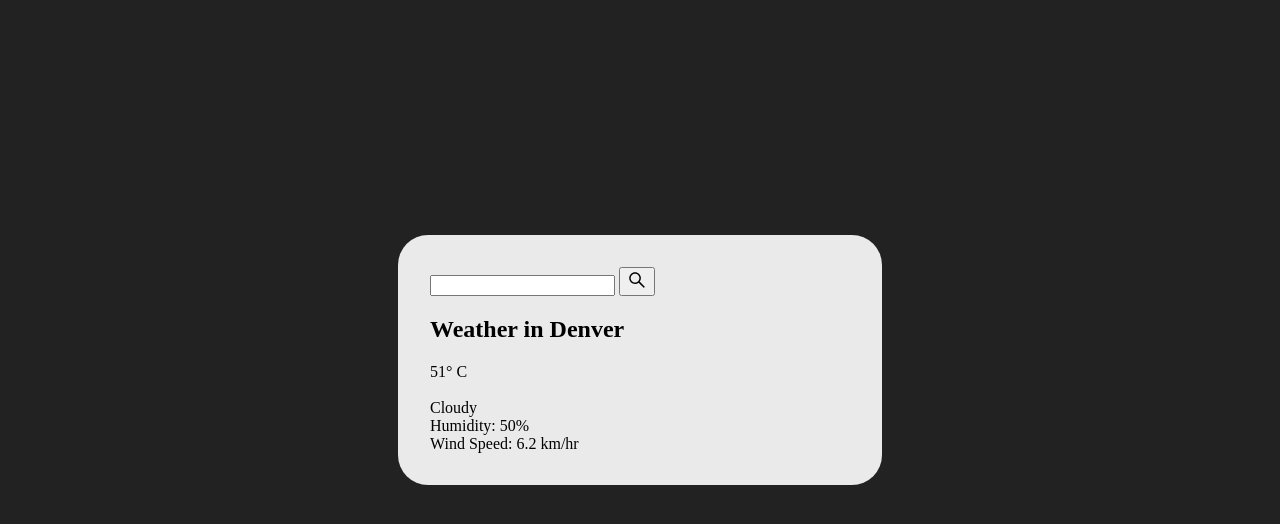
Repository: garima-1297/Weather-App
Page: index.html
An editor plug-in stored every save of this project. The page is shown before and after the next save, followed by the edit.
The browser window is 1280 px wide. The pictures show the whole page.

Above is the page before, as saved 2022-05-15 21:07:25.

### index.html
<!DOCTYPE html>
<html lang="en">
<head>
    <meta charset="UTF-8">
    <meta http-equiv="X-UA-Compatible" content="IE=edge">
    <meta name="viewport" content="width=device-width, initial-scale=1.0">
    <title>Weather App</title>
    <link rel="stylesheet" href="./style.css">
    <script src="./script.js"></script>
</head>
<body>
    <div class="card">
        <div class="search">
            <input type="text" class="search-bar" />
            <button><svg stroke="currentColor" fill="currentColor" stroke-width="0" viewBox="0 0 1024 1024" height="1.5em" width="1.5em" xmlns="http://www.w3.org/2000/svg"><path d="M909.6 854.5L649.9 594.8C690.2 542.7 712 479 712 412c0-80.2-31.3-155.4-87.9-212.1-56.6-56.7-132-87.9-212.1-87.9s-155.5 31.3-212.1 87.9C143.2 256.5 112 331.8 112 412c0 80.1 31.3 155.5 87.9 212.1C256.5 680.8 331.8 712 412 712c67 0 130.6-21.8 182.7-62l259.7 259.6a8.2 8.2 0 0 0 11.6 0l43.6-43.5a8.2 8.2 0 0 0 0-11.6zM570.4 570.4C528 612.7 471.8 636 412 636s-116-23.3-158.4-65.6C211.3 528 188 471.8 188 412s23.3-116.1 65.6-158.4C296 211.3 352.2 188 412 188s116.1 23.2 158.4 65.6S636 352.2 636 412s-23.3 116.1-65.6 158.4z"></path></svg></button>
        </div>
        <div class="weather">
            <h2 class="city">Weather in Denver</h2>
            <div class="temp">51° C</div>
            <img src="" alt="" class="icon" />
            <div class="description">Cloudy</div>
            <div class="humidity">Humidity: 50%</div>
            <div class="wind">Wind Speed: 6.2 km/hr</div>
        </div>
    </div>
</body>
</html>

### style.css
body {display: flex;justify-content: center;align-items: center;height: 100vh;margin: 0;background: #222;}
.card {background: #eaeaea;padding: 2em;border-radius: 30px;width: 100%;max-width: 420px;margin: 1em;}

Loaded but not shown: script.js (no copy from this time; the picture is the same without it)

After the next save:
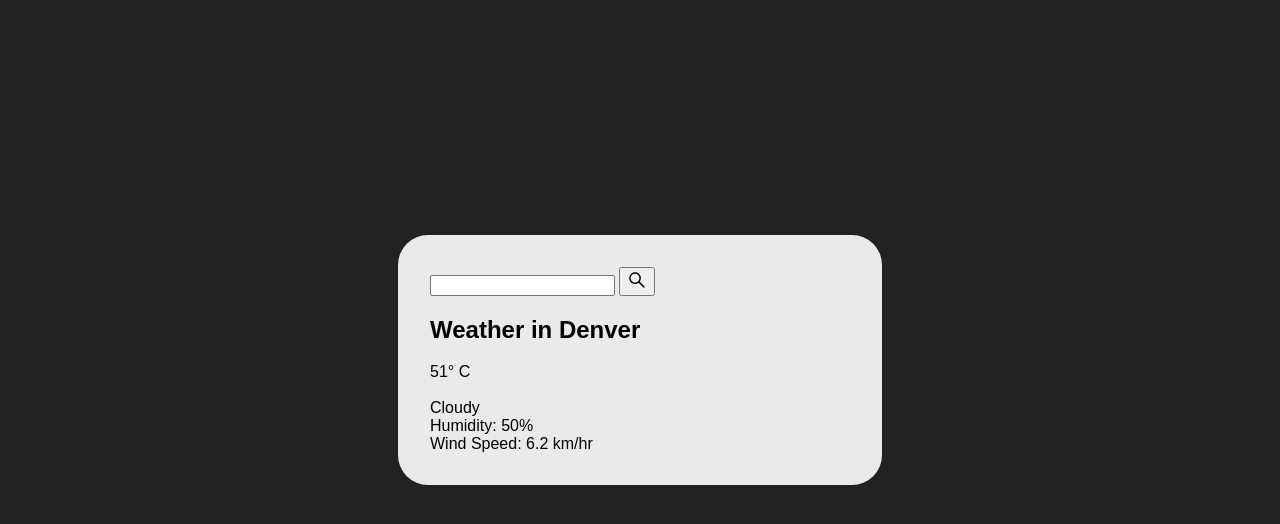
Saved 2 min 33 s later.
--- a/style.css
+++ b/style.css
@@ -1,2 +1,2 @@
-body {display: flex;justify-content: center;align-items: center;height: 100vh;margin: 0;background: #222;}
+body {display: flex;justify-content: center;align-items: center;height: 100vh;margin: 0;background: #222;font-family: 'Montserrat', sans-serif;}
 .card {background: #eaeaea;padding: 2em;border-radius: 30px;width: 100%;max-width: 420px;margin: 1em;}
